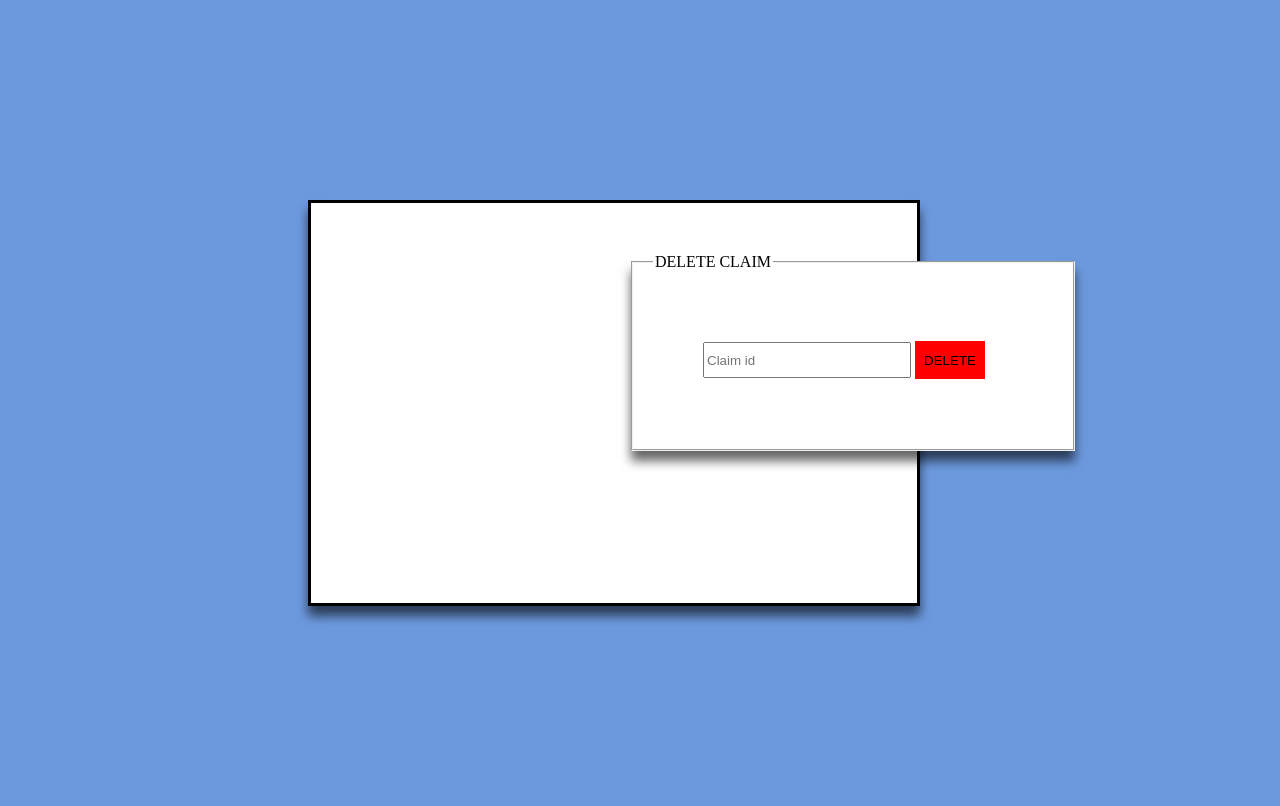
Repository: Nihara-R/Vehicle-Insurance-Portal
Page: http://localhost/delete_claim.php
An editor plug-in stored every save of this project. The page is shown before and after the next save, followed by the edit.
The browser window is 1280 px wide. The pictures show the whole page.
The page is run by PHP 8.4 with error messages shown; the project is at /var/www/html/.

Above is the page before, as saved 2023-06-29 09:03:56.

### delete_claim.php
<!DOCTYPE html>
<html lang="en" dir="ltr">
  <head>
    <meta charset="utf-8">
    <title></title>
    <link rel="stylesheet" href="css/deletuser.css">
  </head>
  <body>
    <div class="deletebox">
    <fieldset>
<legend>DELETE CLAIM</legend>

    <form class="" action="include/delet_claim.inc.php" method="post">

      <input type="text" name="id" value="" placeholder="Claim id" class="textbox">

      <input type="submit" name="submit" value="DELETE" class="button">

</fieldset>
</div>
    </form>

  </body>
</html>

### css/deletuser.css
body{
  background: #6C99DE;
}
form{
margin: 50px;
}
.deletebox{
  margin: 200px;
  margin-left: 300px;
  padding: 50px;
  height: 300px;
  border: 3px solid black;
  background-color: white;
  box-shadow: 0 10px 10px rgba(0,0, 0, 0.60);
  width: 40%;
}
fieldset{
  width: 400px;
  padding: 20px;
  align-items: center;
  justify-content: center;
  margin-left: 270px;

  box-shadow: 0 10px 10px rgba(0,0, 0, 0.60);
  background: white;
}
.button{
  background: red;
  height: 38px;
  width: 70px;
  border: none;
}
.textbox{
  height: 30px;
  width: 200px;

}

After the next save:
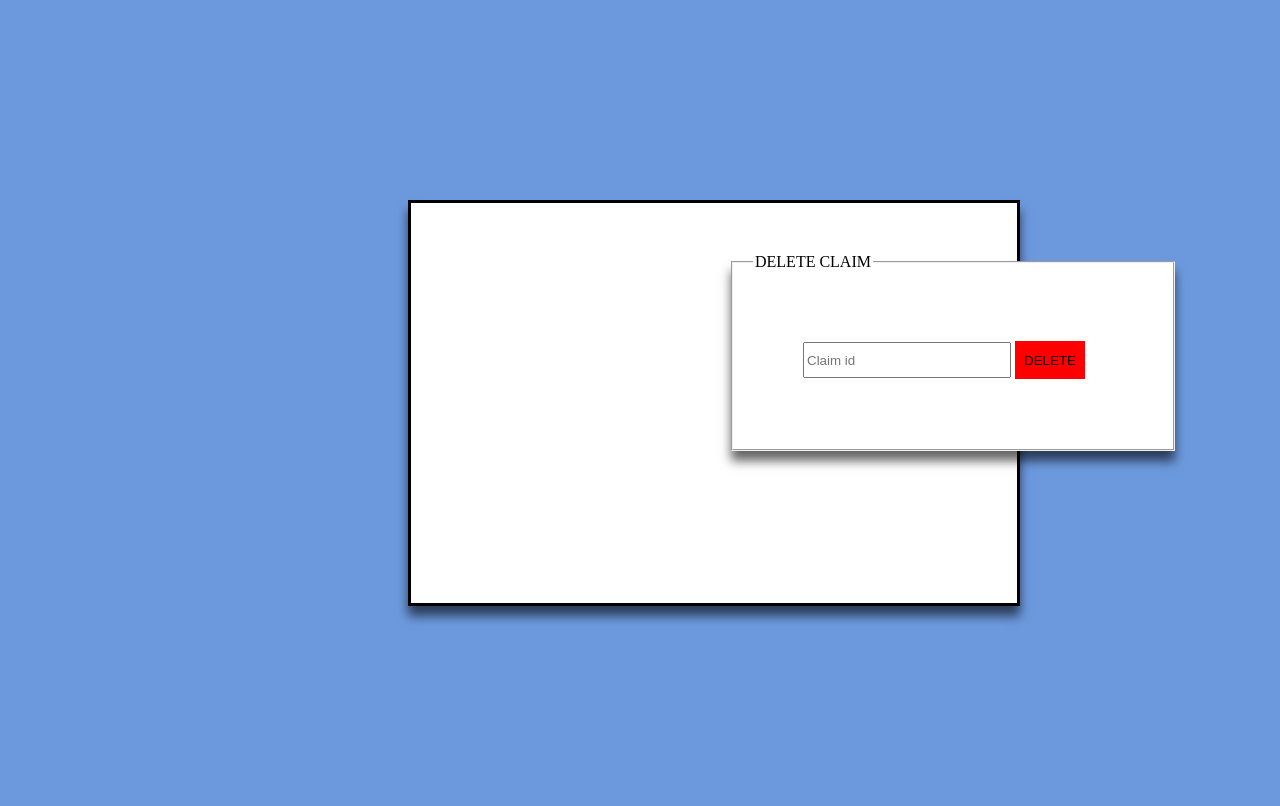
Saved 14 s later.
--- a/css/deletuser.css
+++ b/css/deletuser.css
@@ -6,7 +6,7 @@ margin: 50px;
 }
 .deletebox{
   margin: 200px;
-  margin-left: 300px;
+  margin-left: 400px;
   padding: 50px;
   height: 300px;
   border: 3px solid black;
